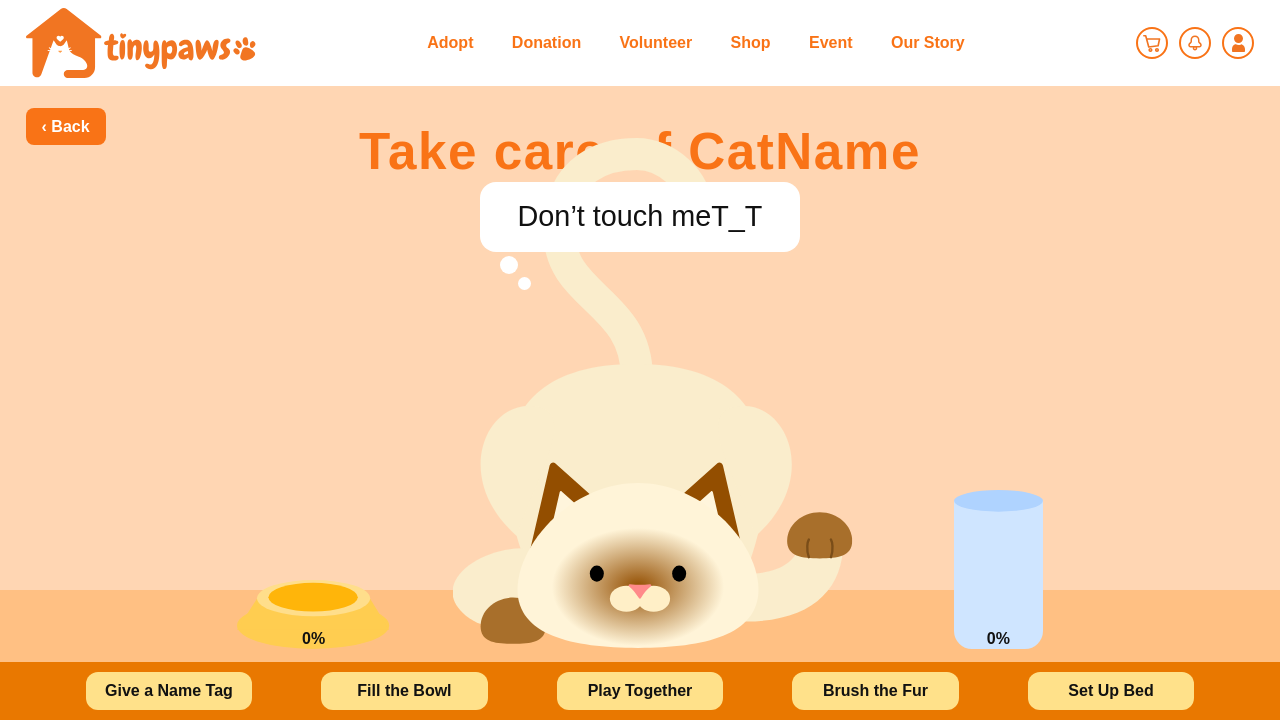
Repository: LShuyanLi/TinyPaws
Page: /, after clicking the first element matching `div > div`
An editor plug-in stored every save of this project. The page is shown before and after the next save, followed by the edit.
The browser window is 1280 px wide. The pictures show the whole page.
The project was rebuilt for these pictures with package versions that can differ from the ones it lists, and the page was loaded fresh each time. The framework's server and built-in components were replaced by stand-ins that run in the browser. Also part of the build but not shown: next.config.mjs.

Above is the page before, as saved 2026-05-09 23:50:21.

### app/layout.js
import { Geist, Geist_Mono } from "next/font/google";
import "./globals.css";

const geistSans = Geist({
  variable: "--font-geist-sans",
  subsets: ["latin"],
});

const geistMono = Geist_Mono({
  variable: "--font-geist-mono",
  subsets: ["latin"],
});

export const metadata = {
  title: "Create Next App",
  description: "Generated by create next app",
};

export default function RootLayout({ children }) {
  return (
    <html lang="en" className={`${geistSans.variable} ${geistMono.variable}`}>
      <body>{children}</body>
    </html>
  );
}

### app/page.js
"use client";

import { useState } from "react";

import Header from "@/components/shared/Header";
import ChooseScreen from "@/components/shuyan/ChooseScreen";
import PlayScreen from "@/components/shuyan/PlayScreen";



export default function Home() {
  const [screen, setScreen] = useState("choose");
  const [selectedCat, setSelectedCat] = useState(null);

  function goToChoose() {
    setScreen("choose");
  }

  function goToPlay(catImage) {
    setSelectedCat(catImage);
    setScreen("play");
  }

  return (
    <main
      style={{
        width: "100vw",
        height: "100vh",
        margin: 0,
        overflow: "hidden",
        fontFamily: "Arial, Helvetica, sans-serif",
        backgroundColor: "#ffd6b3",
      }}
    >
      <Header />

      {screen === "choose" && (
        <ChooseScreen goToPlay={goToPlay} />
      )}

      {screen === "play" && (
        <PlayScreen
        goToChoose={goToChoose}
        selectedCat={selectedCat} />
      )}
    </main>
  );
}

### app/globals.css
:root {
  --background: #ffffff;
  --foreground: #171717;
}

@media (prefers-color-scheme: dark) {
  :root {
    --background: #0a0a0a;
    --foreground: #ededed;
  }
}

html {
  height: 100%;
}

html,
body {
  max-width: 100vw;
  overflow-x: hidden;
}

body {
  min-height: 100%;
  display: flex;
  flex-direction: column;
  color: var(--foreground);
  background: var(--background);
  font-family: Arial, Helvetica, sans-serif;
  -webkit-font-smoothing: antialiased;
  -moz-osx-font-smoothing: grayscale;
}

* {
  box-sizing: border-box;
  padding: 0;
  margin: 0;
}

a {
  color: inherit;
  text-decoration: none;
}

@media (prefers-color-scheme: dark) {
  html {
    color-scheme: dark;
  }
}

### components/shared/Header.jsx
// Displays the decorative top navigation area with the logo, nav menu, and icons.

export default function Header() {
  return (
    <header
      style={{
        width: "100%",
        height: "12vh",
        backgroundColor: "#ffffff",
        display: "flex",
        alignItems: "center",
        justifyContent: "space-between",
        padding: "0 2vw",
        boxSizing: "border-box",
      }}
    >
      <img
        src="/Logo.svg"
        alt="TinyPaws logo"
        style={{
          width: "18vw",
          minWidth: "150px",
          maxWidth: "270px",
          height: "auto",
        }}
      />

      <nav
        style={{
          display: "flex",
          gap: "3vw",
          color: "#f97316",
          fontWeight: "700",
          fontSize: "1rem",
        }}
      >
        <span>Adopt</span>
        <span>Donation</span>
        <span>Volunteer</span>
        <span>Shop</span>
        <span>Event</span>
        <span>Our Story</span>
      </nav>

      <div
        style={{
          display: "flex",
          gap: "0.7rem",
        }}
      >
        <button style={iconButtonStyle}>
         <img src="/chart.svg" style={iconImageStyle} />
        </button>

        <button style={iconButtonStyle}>
          <img src="/bell.svg" style={iconImageStyle} />
        </button>

        <button style={iconButtonStyle}>
         <img src="/user.svg" style={iconImageStyle} />
        </button>
      </div>
    </header>
  );
}

const iconButtonStyle = {
  width: "2rem",
  height: "2rem",
  border: "2px solid #f97316",
  borderRadius: "50%",
  backgroundColor: "#ffffff",
  color: "#f97316",
  cursor: "pointer",
  display: "flex",
  alignItems: "center",
  justifyContent: "center",
};

const iconImageStyle = {
  width: "1.1rem",
  height: "1.1rem",
  objectFit: "contain",
  display: "block",
};

### components/shuyan/ChooseScreen.jsx
import PokeCatBall from "@/components/shuyan/PokeCatBall";

export default function ChooseScreen({ goToPlay }) {

    return (
        <section
        style={{
            position: "relative",
            width: "100%",
            height: "88vh",
            backgroundColor: "#ffd6b3",
        }}
        >

        <h1
            style={{
            margin: 0,
            paddingTop: "5vh",
            textAlign: "center",
            color: "#f97316",
            fontSize: "clamp(2rem, 4vw, 3.3rem)",
            fontWeight: "700",
            letterSpacing: "0.03em",
            }}
        >
            Choose Your New Little Friend
        </h1>

        <div
            style={{
            position: "relative",
            zIndex: 5,
            width: "100%",
            display: "flex",
            justifyContent: "space-around",
            alignItems: "flex-start",
            marginTop: "8vh",
            padding: "0 4vw",
            boxSizing: "border-box",
            }}
        >
            <PokeCatBall
                closeBall="/CloseBall.svg"
                openBall="/OpenBall-1.svg"
                catImage="/cat-1.svg"
                goToPlay={goToPlay} />
            <PokeCatBall
                closeBall="/CloseBall.svg"
                openBall="/OpenBall-2.svg"
                catImage="/cat-2.svg"
                goToPlay={goToPlay} />
            <PokeCatBall
                closeBall="/CloseBall.svg"
                openBall="/OpenBall-3.svg"
                catImage="/cat-3.svg"
                goToPlay={goToPlay} />
        </div>

        <div
            style={{
            position: "absolute",
            left: 0,
            bottom: "7.5vh",
            width: "100%",
            height: "10vh",
            backgroundColor: "#ffc083",
            }}
        />

        <div
            style={{
            position: "absolute",
            left: 0,
            bottom: 0,
            width: "100%",
            height: "7.5vh",
            backgroundColor: "#e97800",
            }}
        />
        </section>
    );
}

### components/shuyan/PlayScreen.jsx
// PlayScreen.jsx: Builds the main cat play screen with the background, cat area, feeding area, tools, bed, and bottom buttons.

import BackButton from "@/components/shuyan/BackButton";
import BottomActionBar from "@/components/shuyan/BottomActionBar";
import CatDisplay from "@/components/shared/CatDisplay";
import FoodBowl from "@/components/Jinwon/FoodBowl";
import WaterBottle from "@/components/Jinwon/WaterBottle";
import CatEmotion from "@/components/Jessica/CatEmotion";

export default function PlayScreen({ goToChoose, selectedCat }) {
  return (
    <section
      style={{
        position: "relative",
        width: "100%",
        height: "88vh",
        backgroundColor: "#ffd6b3",
        overflow: "hidden",
      }}
    >
      <BackButton goToChoose={goToChoose}/>

      <h1
        style={{
          margin: 0,
          paddingTop: "5vh",
          textAlign: "center",
          color: "#f97316",
          fontSize: "clamp(2rem, 4vw, 3.3rem)",
          fontWeight: "700",
          letterSpacing: "0.03em",
          position: "relative",
          zIndex: 5,
        }}
      >
        Take care of CatName
      </h1>

      {/* Light orange ground */}
      <div
        style={{
          position: "absolute",
          left: 0,
          bottom: "8vh",
          width: "100%",
          height: "10vh",
          backgroundColor: "#ffc083",
          zIndex: 1,
        }}
      />

      {/* Main play area */}
      <div
        style={{
          position: "absolute",
          left: "50%",
          bottom: "10vh",
          transform: "translateX(-50%)",
          width: "75vw",
          height: "50vh",
          zIndex: 5,
        }}
      >
        <CatEmotion />
        <FoodBowl />
        <CatDisplay selectedCat={selectedCat}/>
        <WaterBottle />
      </div>

      <BottomActionBar />
    </section>
  );
}

### components/shuyan/PokeCatBall.jsx
"use client";
// Displays one selectable pokeCAT ball and shows its cat preview on hover.

import { useState } from "react";

export default function PokeCatBall({ closeBall, openBall, goToPlay, catImage }) {

    const [isHover, setIsHover] = useState(false);

    function pokecatBall() {
        if (!isHover) {
            return closeBall;
        } else {
            return openBall;
        }
    }

    return (
        <div
            onClick={() => goToPlay(catImage)}
            onMouseEnter={() => setIsHover(true)}
            onMouseLeave={() => setIsHover(false)}
            style={{
                width: "24vw",
                maxWidth: "380px",
                minWidth: "230px",
                height: "50vh",
                display: "flex",
                alignItems: "flex-start",
                justifyContent: "center",
                cursor: "pointer"
            }}
        >
        <img
            src={pokecatBall()}
            style={{
            width: "90%",
            objectFit: "contain",
            display: "block",
            }}
        />
        </div>
    );
}

### components/shuyan/BackButton.jsx
// Displays the back button and returns the user to the cat selection screen.


export default function BackButton({ goToChoose }) {
  return (
    <button
        onClick={goToChoose}
        style={{
            position: "absolute",
            top: "3vh",
            left: "2vw",
            backgroundColor: "#f97316",
            color: "#ffffff",
            border: "none",
            borderRadius: "8px",
            padding: "0.6rem 1rem",
            fontSize: "1rem",
            fontWeight: "600",
            cursor: "pointer",
            zIndex: 10,
      }}
    >
      ‹ Back
    </button>
  );
}

### components/shuyan/BottomActionBar.jsx
"use client";

// BottomActionBar.jsx: Displays the bottom interaction buttons and shows each hover bubble.

import { useState } from "react";

export default function BottomActionBar( {
  activeButton,
  setActiveButton,
  setSelectedBed, //these three are for the bed feature
  ballSpeed,
  setBallSpeed, //these two are for the play ball feature
  featherActive,
  setFeatherActive,
}) {
  return (
    <div
      style={{
        position: "absolute",
        left: 0,
        bottom: 0,
        width: "100%",
        height: "8vh",
        backgroundColor: "#e97800",
        display: "flex",
        alignItems: "center",
        justifyContent: "space-around",
        padding: "0 4vw",
        boxSizing: "border-box",
        zIndex: 20,
      }}
    >
      {/* Name button - Elina can connect this to NameTag modal later */}
      <div style={{ position: "relative" }}>
        <button style={buttonStyle}>Give a Name Tag</button>
      </div>

      {/* Feed button - Jinwon */}
      <div
        onMouseEnter={() => setActiveButton("feed")}
        onMouseLeave={() => setActiveButton(null)}
        style={{ position: "relative" }}
      >
        {activeButton === "feed" && (
          <div style={bubbleStyle}>
            <img src="/bubble-3.svg" style={bubbleBackgroundStyle} />

            {/* dry food option - Jinwon can add onClick here */}
            <img
              src="/dryfood.svg"
              style={{
                position: "absolute",
                top: "8%",
                left: "50%",
                transform: "translateX(-50%)",
                width: "45%",
                height: "auto",
                cursor: "pointer",
              }}
            />

            {/* wet food option - Jinwon can add onClick here */}
            <img
              src="/wetfood.svg"
              style={{
                position: "absolute",
                top: "34%",
                left: "50%",
                transform: "translateX(-50%)",
                width: "45%",
                height: "auto",
                cursor: "pointer",
              }}
            />

            {/* water option - Jinwon can add onClick here */}
            <img
              src="/water.svg"
              style={{
                position: "absolute",
                top: "60%",
                left: "50%",
                transform: "translateX(-50%)",
                width: "38%",
                height: "auto",
                cursor: "pointer",
              }}
            />
          </div>
        )}

        <button style={buttonStyle}>Fill the Bowl</button>
      </div>

      {/* Play button - Jonah handles ball/feather, Elina handles hand */}
      <div
        style={{ position: "relative" }}
      >
        {activeButton === "play" && (
          <div style={bubbleStyle}>
            <img src="/bubble-3.svg" style={bubbleBackgroundStyle} />

            {/* ball option - Jonah can add onClick here */}
            <img
              src="/ball.svg"
                onClick={() => {
                setFeatherActive(false);

                setBallSpeed(prev =>
                  prev === "stop"
                    ? "slow"
                    : prev === "slow"
                    ? "fast"
                    : "stop"
                );
              }}
              style={{
                position: "absolute",
                top: "8%",
                left: "50%",
                transform: "translateX(-50%)",
                width: "42%",
                height: "auto",
                cursor: "pointer",
                opacity: ballSpeed === "stop" ? 0.5 : 1
              }}
            />

            {/* feather option - Jonah can add onClick here */}
            <img
              src="/feather.svg"
              onClick={() => {
                setBallSpeed("stop");
                setFeatherActive(prev => !prev);
              }}
              style={{
                position: "absolute",
                top: "30%",
                left: "50%",
                transform: "translateX(-50%)",
                width: "55%",
                height: "auto",
                cursor: "pointer",
              }}
            />

            {/* hand option - Elina can add onClick here */}
            <img
              src="/hand.svg"
              style={{
                position: "absolute",
                top: "55%",
                left: "50%",
                transform: "translateX(-50%)",
                width: "42%",
                height: "auto",
                cursor: "pointer",
              }}
            />
          </div>
        )}

        <button
          style={buttonStyle}
          onClick={() =>
            setActiveButton(activeButton === "play" ? null : "play")
          }
        >Play Together</button>
      </div>

      {/* Brush button - Elina */}
      <div
        onMouseEnter={() => setActiveButton("brush")}
        onMouseLeave={() => setActiveButton(null)}
        style={{ position: "relative" }}
      >
        {activeButton === "brush" && (
          <div style={bubbleStyle}>
            <img src="/bubble-1.svg" style={bubbleBackgroundStyle} />

            {/* brush option - Elina can add onClick here */}
            <img
              src="/brush.svg"
              style={{
                position: "absolute",
                top: "22%",
                left: "50%",
                transform: "translateX(-50%)",
                width: "55%",
                height: "auto",
                cursor: "pointer",
              }}
            />
          </div>
        )}

        <button style={buttonStyle}>Brush the Fur</button>
      </div>

      {/* Bed button - Jonah */}
      <div
        style={{ position: "relative" }}
      >
        {activeButton === "bed" && (
          <div style={bubbleStyle}>
            <img src="/bubble-2.svg" style={bubbleBackgroundStyle} />

            {/* yellow bed option - Jonah can add onClick here */}
            <img
              src="/bed-1.svg"
              onClick={() => {
                setSelectedBed(prev =>
                  prev === "yellow" ? null : "yellow"
                );
              }}
              style={{
                position: "absolute",
                top: "12%",
                left: "50%",
                transform: "translateX(-50%)",
                width: "55%",
                height: "auto",
                cursor: "pointer",
              }}
            />

            {/* green bed option - Jonah can add onClick here */}
            <img
              src="/bed-2.png"
              onClick={() => {
                setSelectedBed(prev =>
                  prev === "green" ? null : "green"
                );
              }}
              style={{
                position: "absolute",
                top: "48%",
                left: "50%",
                transform: "translateX(-50%)",
                width: "55%",
                height: "auto",
                cursor: "pointer",
              }}
            />
          </div>
        )}

        <button
          style={buttonStyle}
          onClick={() =>
            setActiveButton(activeButton === "bed" ? null : "bed")
          }
        >Set Up Bed</button>
      </div>
    </div>
  );
}

const buttonStyle = {
  width: "13vw",
  minWidth: "150px",
  maxWidth: "200px",
  height: "2.4rem",
  border: "none",
  borderRadius: "12px",
  backgroundColor: "#ffe18a",
  color: "#111111",
  fontSize: "1rem",
  fontWeight: "600",
  cursor: "pointer",
};

const bubbleStyle = {
  position: "absolute",
  left: "50%",
  bottom: "3.4rem",
  transform: "translateX(-50%)",
  width: "7vw",
  minWidth: "95px",
  maxWidth: "140px",
  zIndex: 40,
};

const bubbleBackgroundStyle = {
  width: "100%",
  height: "auto",
  display: "block",
};

### components/shared/CatDisplay.jsx
// CatDisplay.jsx: Displays the selected cat image on the play screen.

export default function CatDisplay({
  selectedBed,
  ballSpeed,
  featherActive,
}) {
  let catImage = "/cat-1.svg";

  let catStyle = {
    width: "100%",
    height: "100%",
    objectFit: "contain",
    position: "absolute",
    bottom: "0px",
    left: "0px",
  };

  if (featherActive) {
    catImage = "/catreach-1.svg";

    catStyle = {
      ...catStyle,
      width: "103%",
      height: "103%",
      left: "15px",
    }

  } else if (ballSpeed !== "stop") {
    catImage = "/catcrouch-1.svg";

    catStyle = {
      ...catStyle,
      width: "120%",
      height: "120%",
      left: "-30px",
    }

  }

  return (
    <div
      style={{
        position: "absolute",
        left: "50%",
        bottom: "0",
        transform: "translateX(-50%)",
        zIndex: 1,
      }}
    >
      {selectedBed === "yellow" && (
        <img
          src="/yellow-bed.svg"
          style={{
            position: "absolute",
            bottom: "-130px",
            left: "50%",
            transform: "translateX(-50%)",
            width: "30vw",
            minWidth: "200px",
            zIndex: 0,
          }}
        />
      )}

      {selectedBed === "green" && (
        <img
          src="/green-bed.svg"
          style={{
            position: "absolute",
            bottom: "-130px",
            left: "50%",
            transform: "translateX(-50%)",
            width: "30vw",
            minWidth: "200px",
            zIndex: 0,
          }}
        />
      )}
      <div
        style={{
          width: "425px",
          height: "425px",
          position: "relative",
        }}
      >
        <img
          src={catImage}
          style={catStyle}
        />
      </div>
    </div>
  );
}

### components/Jinwon/FoodBowl.jsx
// FoodBowl.jsx: Displays the bowl and shows dry or wet food when the bowl is clicked.

export default function FoodBowl({ bowlType }) {
  const isBowlFilled = bowlType === "dry" || bowlType === "wet";
  const fillImage = bowlType === "wet" ? "/wetfood.svg" : "/dryfood.svg";

  return (
    <div
      style={{
        position: "absolute",
        left: "8%",
        bottom: "0",
        zIndex: 10,
        textAlign: "center",
      }}
    >
      <img
        src="/bowl.svg"
        style={{
          width: "12vw",
          minWidth: "120px",
          maxWidth: "190px",
          height: "auto",
          display: "block",
        }}
      />

      {isBowlFilled && (
        <img
          src={fillImage}
          style={{
            position: "absolute",
            left: "50%",
            bottom: "22px",
            transform: "translateX(-50%)",
            width: "50%",
            height: "auto",
          }}
        />
      )}

      <p
        style={{
          margin: "-1.2rem 0 0",
          color: "#111111",
          fontSize: "1rem",
          fontWeight: "700",
        }}
      >
        {isBowlFilled ? "100%" : "0%"}
      </p>
    </div>
  );
}

### components/Jinwon/WaterBottle.jsx
// WaterBottle.jsx: Displays the water bottle and shows water level when the bottle is clicked.

export default function WaterBottle({ hasWater }) {
  const isBottleFilled = hasWater;

  return (
    <div
      style={{
        position: "absolute",
        right: "8%",
        bottom: "0",
        zIndex: 10,
        textAlign: "center",
      }}
    >
      <img
        src="/water-bottle.svg"
        style={{
          width: "7vw",
          minWidth: "80px",
          maxWidth: "130px",
          height: "auto",
          display: "block",
        }}
      />

      {isBottleFilled && (
        <img
          src="/water.svg"
          style={{
            position: "absolute",
            left: "50%",
            bottom: "22px",
            transform: "translateX(-50%)",
            width: "44%",
            height: "auto",
          }}
        />
      )}

      <p
        style={{
          margin: "-1.2rem 0 0",
          color: "#111111",
          fontSize: "1rem",
          fontWeight: "700",
        }}
      >
        {isBottleFilled ? "100%" : "0%"}
      </p>
    </div>
  );
}

### components/Jessica/CatEmotion.jsx
// CatEmotion.jsx: Displays the cat’s emotion emoji and thought bubble based on interaction results.

export default function CatEmotion() {
  return (
    <div
      style={{
        position: "absolute",
        left: "50%",
        bottom: "55vh",
        transform: "translateX(-50%)",
        zIndex: 30,
      }}
    >
      {/* Thought bubble box */}
      <div
        style={{
          position: "relative",
          width: "320px",
          minHeight: "70px",
          backgroundColor: "#ffffff",
          borderRadius: "16px",
          display: "flex",
          alignItems: "center",
          justifyContent: "center",
          padding: "0 1.5rem",
          boxSizing: "border-box",
          color: "#111111",
          fontSize: "1.8rem",
          fontWeight: "400",
        }}
      >
        Don’t touch meT_T
      </div>

      {/* Small bubble dots */}
      <div
        style={{
          position: "absolute",
          left: "20px",
          bottom: "-22px",
          width: "18px",
          height: "18px",
          backgroundColor: "#ffffff",
          borderRadius: "50%",
        }}
      />

      <div
        style={{
          position: "absolute",
          left: "38px",
          bottom: "-38px",
          width: "13px",
          height: "13px",
          backgroundColor: "#ffffff",
          borderRadius: "50%",
        }}
      />
    </div>
  );
}

After the next save:
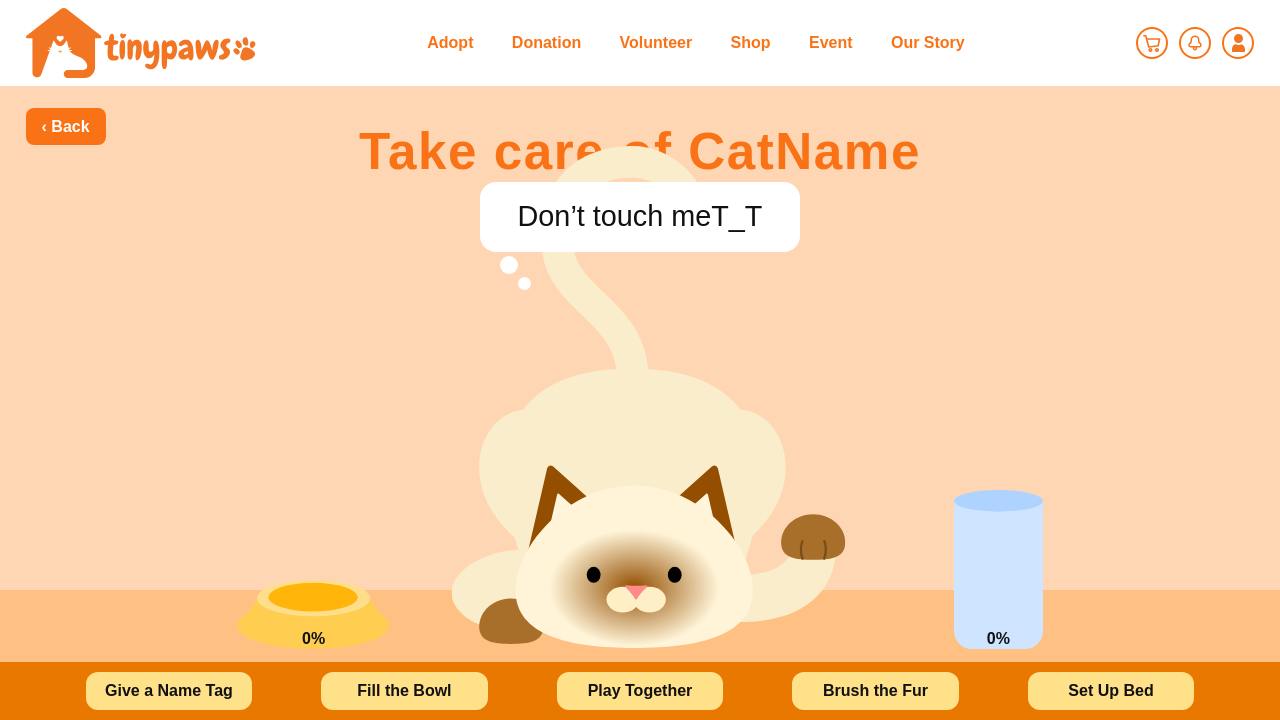
Saved 41 s later.
--- a/components/shared/CatDisplay.jsx
+++ b/components/shared/CatDisplay.jsx
@@ -31,8 +31,8 @@ export default function CatDisplay({
 
     catStyle = {
       ...catStyle,
-      width: "120%",
-      height: "120%",
+      width: "118%",
+      height: "118%",
       left: "-30px",
     }
 
